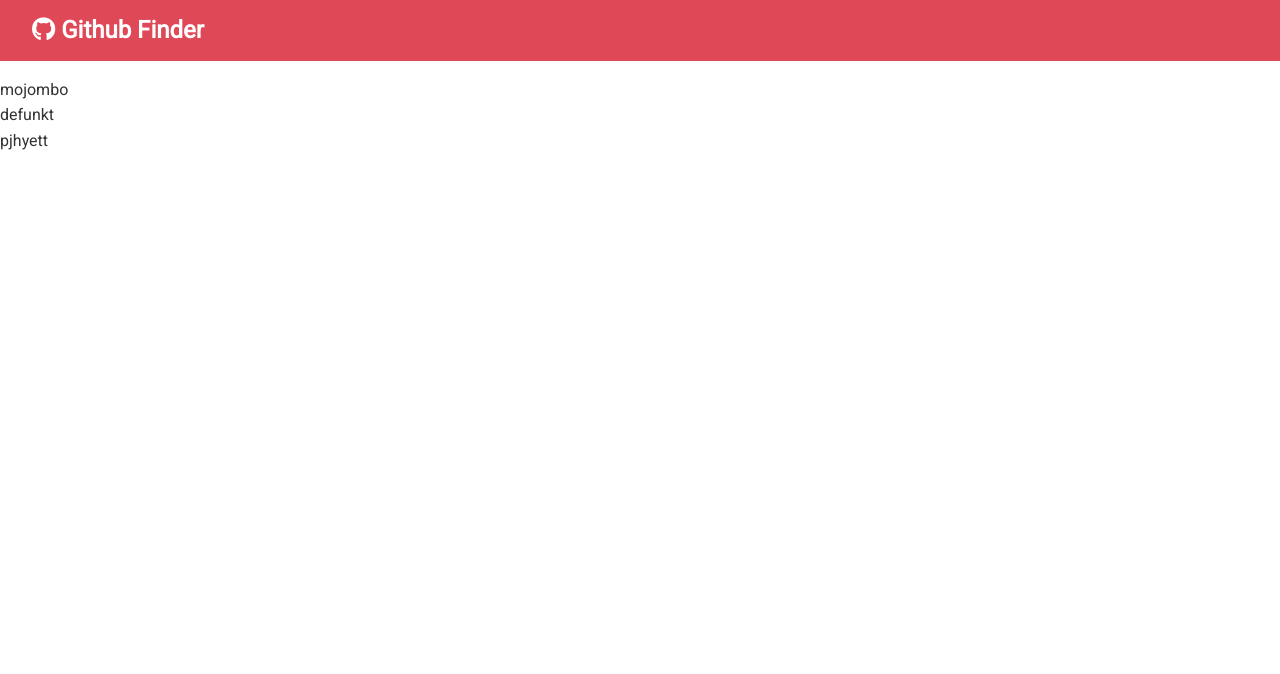
Repository: Redshreds/githubfinder
Page: /
The author's editor kept a copy of each file at every save. The page is drawn from the files as they stood at one save, then again after the next save.
The browser window is 1280 px wide. The pictures show the whole page.
Pictures or frames that could not be fetched are drawn as grey boxes. Some web libraries are served in a nearby version. The project was rebuilt for these pictures with package versions that can differ from the ones it lists, and the page was loaded fresh each time.

Above is the page before, as saved 2023-02-21 17:35:25.

After the next save:
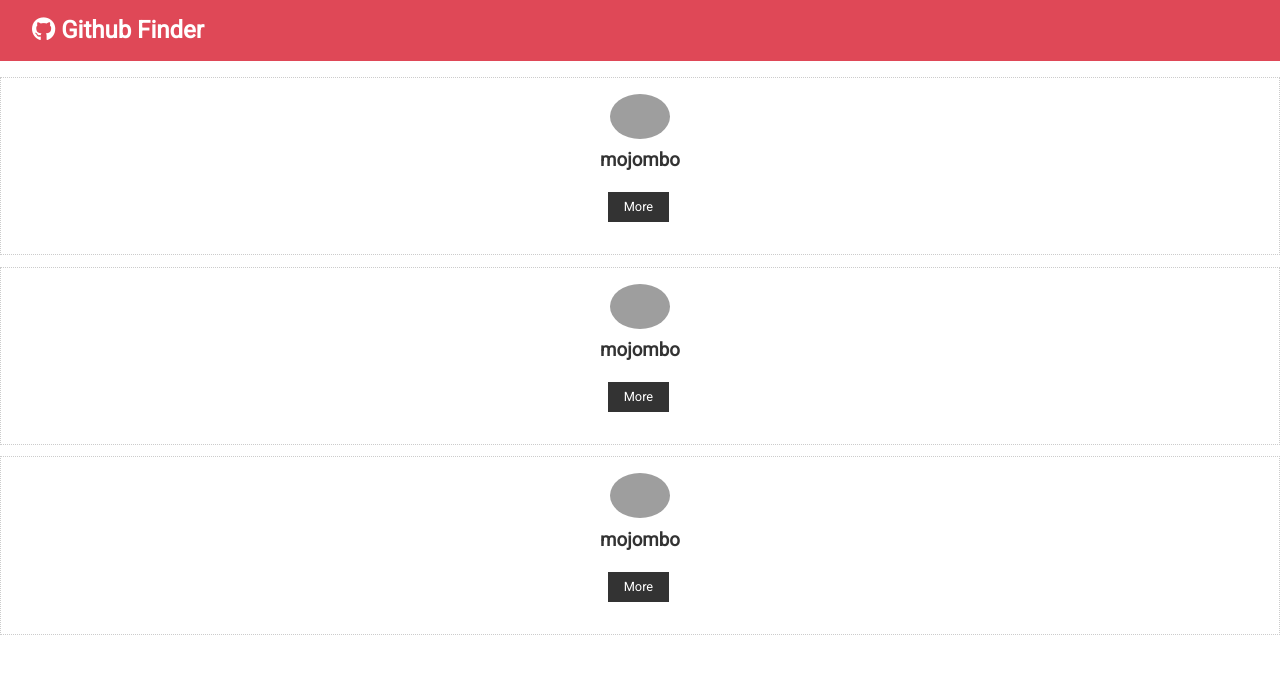
Saved 73 s later.
--- a/src/components/users/Users.js
+++ b/src/components/users/Users.js
@@ -29,7 +29,7 @@
     return (
       <div>
         {this.state.users.map(user => (
-            <div>{user.login}</div>
+            <UserItem key={user.id} user={user}/>
         ))}
       </div>
     )
